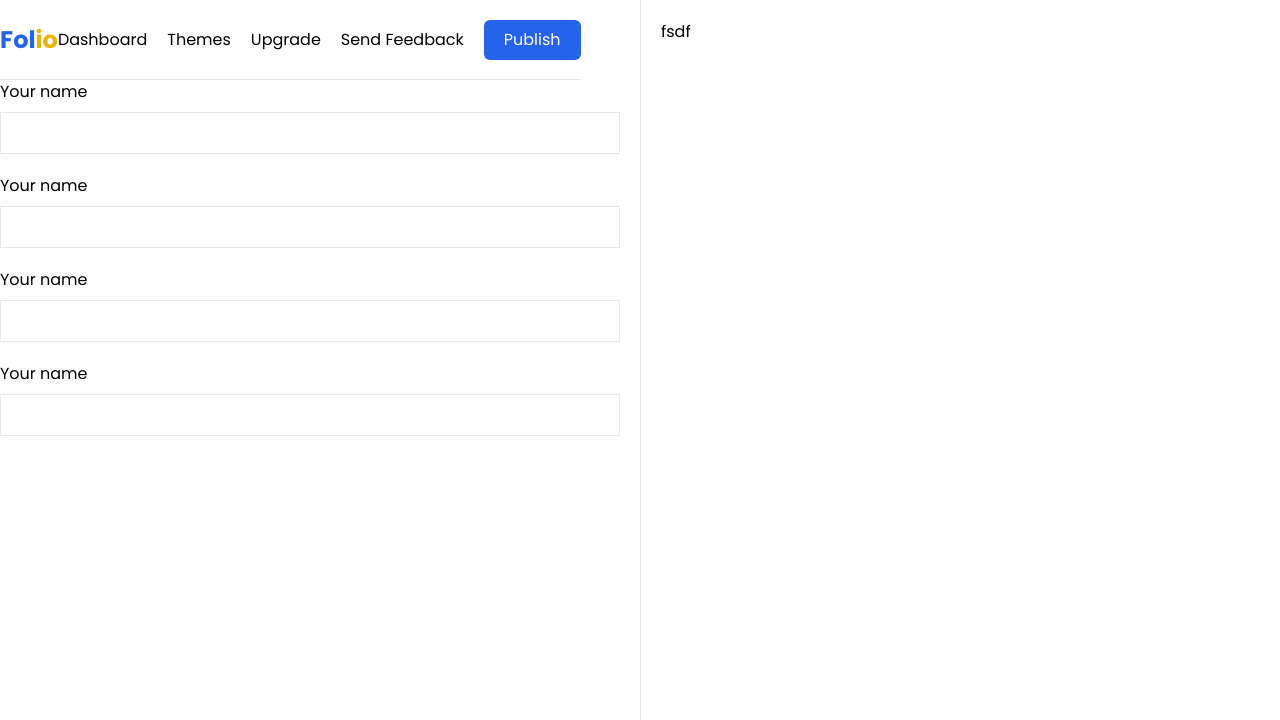
Repository: langford-dev/follio
Page: /
An editor plug-in stored every save of this project. The page is shown before and after the next save, followed by the edit.
The browser window is 1280 px wide. The pictures show the whole page.
The project was rebuilt for these pictures with package versions that can differ from the ones it lists, and the page was loaded fresh each time. The framework's server and built-in components were replaced by stand-ins that run in the browser. Also part of the build but not shown: next.config.js, components/pageView.js.

Above is the page before, as saved 2022-03-19 10:51:59.

After the next save:
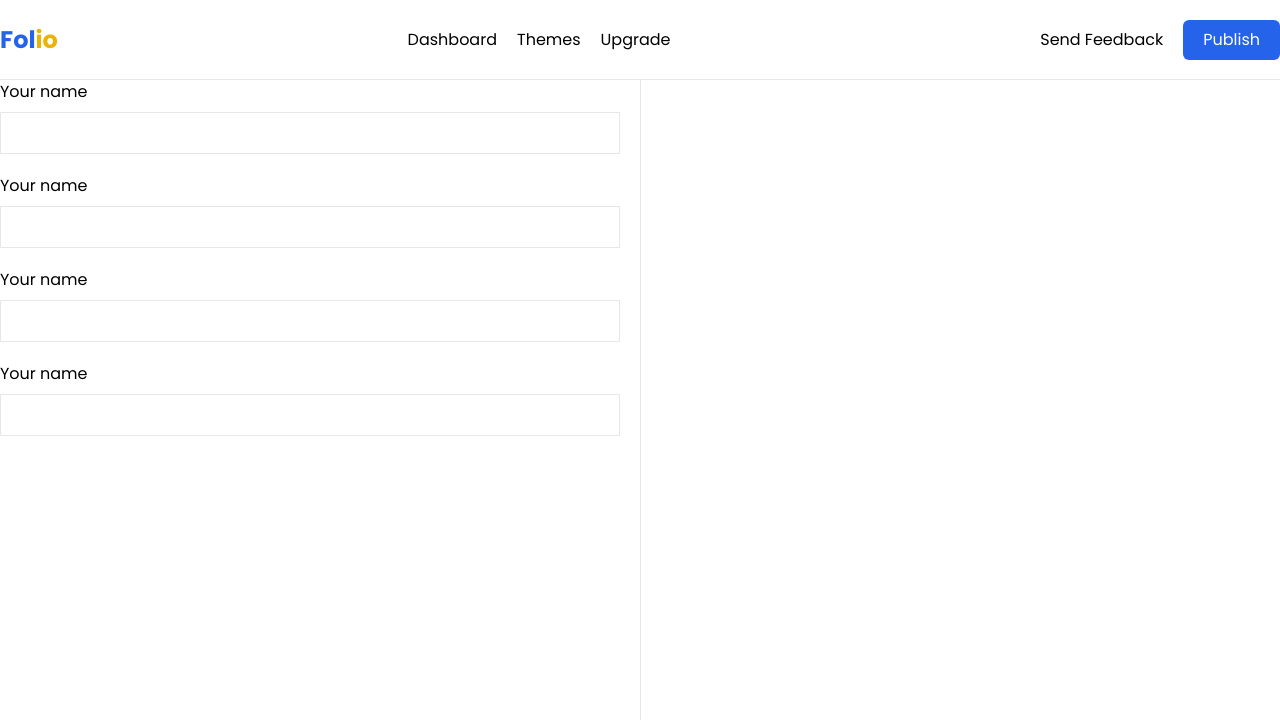
Saved 4 s later.
--- a/components/header.js
+++ b/components/header.js
@@ -2,7 +2,7 @@ import Link from "next/link"
 import Logo from "./logo"
 
 const styles = {
-    header: `border-b h-20 bg-white fixed`,
+    header: `border-b h-20 bg-white fixed w-screen`,
     headerWrapper: `m-auto max-w-screen-xl h-full flex items-center justify-between`,
     button: `bg bg-blue-600 text-white h-10 px-5 flex items-center justify-center rounded-md cursor-pointer`,
     nav: `flex`,
